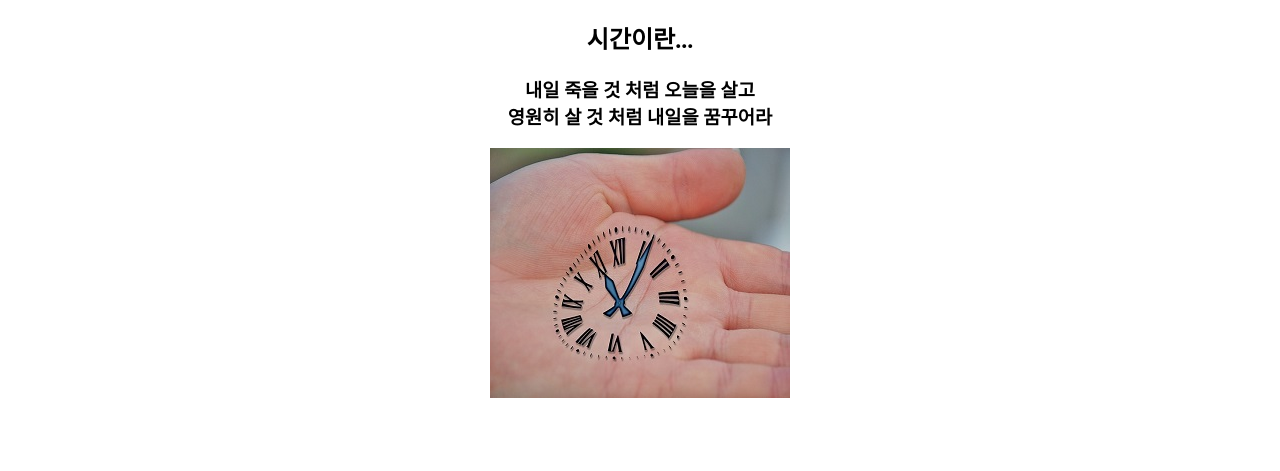
Repository: nsw2022/JSPworks
Page: http://localhost/Jspwork/ch01/time.jsp
An editor plug-in stored every save of this project. The page is shown before and after the next save, followed by the edit.
The browser window is 1280 px wide. The pictures show the whole page.
The page is served by Tomcat 9. Other server files are loaded and not shown.

Above is the page before, as saved 2023-05-26 04:10:35.

### Jspwork/src/main/webapp/ch01/time.jsp
<%@ page language="java" contentType="text/html; charset=UTF-8"
    pageEncoding="UTF-8"%>
<!-- 컨트롤 쉬프트 슬래쉬가 주석  -->
<%-- jsp 주석 : <% page %>는 지시어 디렉티브 태그로
	 jsp 언어, 문서 유형, 인코딩 등의 정보를 서버에게 알림--%>
<!DOCTYPE html>
<html>
<head>
<meta charset="UTF-8">
<title>시간이란...</title>
<style >
	#content{width: 90%, margin:20px auto;text-align: center;}
</style>
<script>
	setInterval(() => {
		let date = new Date();
		let now = date.toLocaleTimeString();
		document.getElementById.innerHTML = now;
	}, 1000);
</script>
</head>
<body>
	<div id="content">
		<h2>시간이란...</h2>
		<h3>
			내일 죽을 것 처럼 오늘을 살고 <br>
			영원히 살 것 처럼 내일을 꿈꾸어라
		</h3>
		<img alt="손시계" src="../resources/images/1.jpg">
		<p id="demo"></p>
	</div>


</body>
</html>

After the next save:
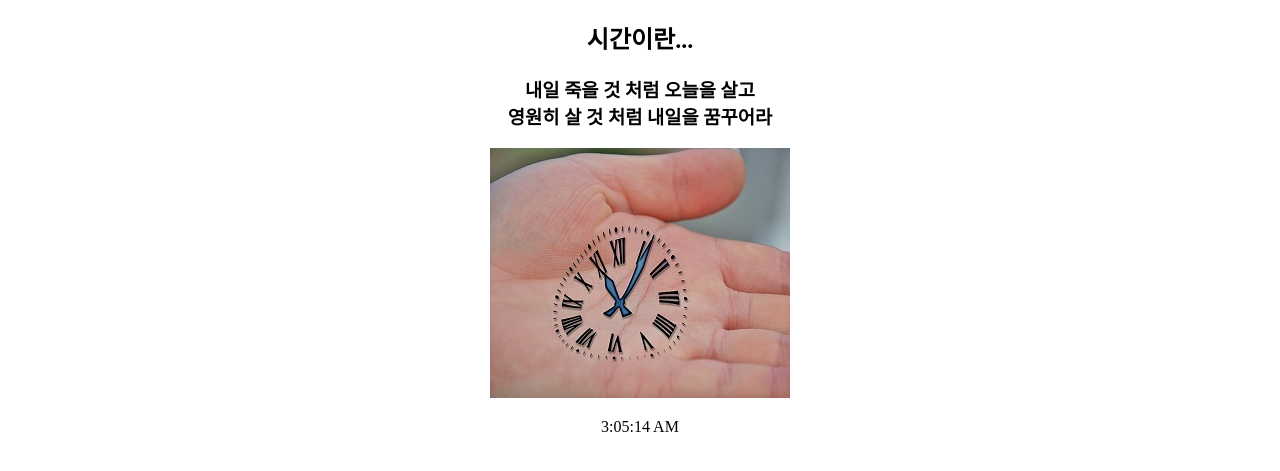
Saved 17 s later.
--- a/Jspwork/src/main/webapp/ch01/time.jsp
+++ b/Jspwork/src/main/webapp/ch01/time.jsp
@@ -15,7 +15,7 @@
 	setInterval(() => {
 		let date = new Date();
 		let now = date.toLocaleTimeString();
-		document.getElementById.innerHTML = now;
+		document.getElementById("demo").innerHTML = now;
 	}, 1000);
 </script>
 </head>
